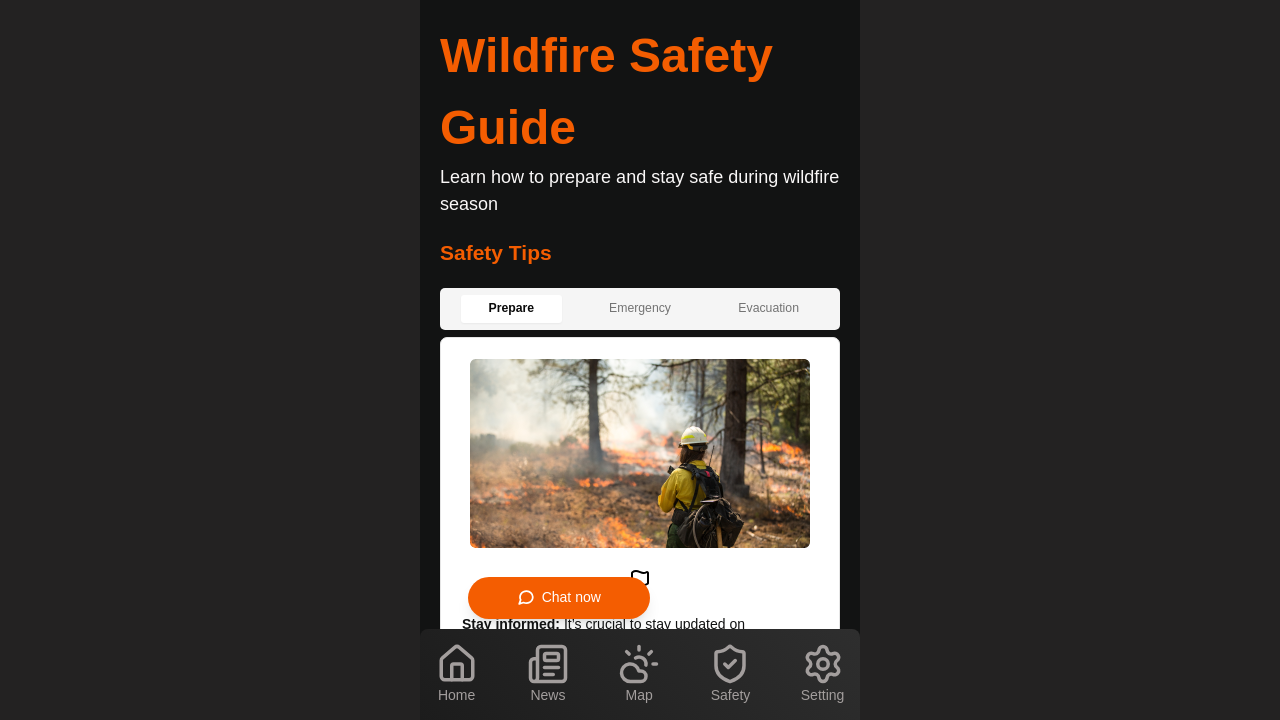
Repository: BCITKevin/Flare_IDSP
Page: /safety
The author's editor kept a copy of each file at every save. The page is drawn from the files as they stood at one save, then again after the next save.
The browser window is 1280 px wide. The pictures show the whole page.
An inner scrolling area shows only its first screen. Some web fonts or font styles are not loaded; a fallback is used. The project was rebuilt for these pictures with package versions that can differ from the ones it lists, and the page was loaded fresh each time. The framework's server and built-in components were replaced by stand-ins that run in the browser. Also part of the build but not shown: next.config.js, next.config.mjs.

Above is the page before, as saved 2024-11-30 07:11:04.

### src/app/layout.tsx
import type { Metadata } from "next";
import Script from 'next/script';
import "./globals.css";
import { BrowserRouter } from "react-router-dom";

export const metadata: Metadata = {
  title: "Flare",
  description: "Flare is disaster response platform.",
  manifest: "/manifest.json",
};

export default function RootLayout({
  children,
}: Readonly<{
  children: React.ReactNode;
}>) {
  return (
    <html lang="en">
        <head>
          <link rel="manifest" href="/manifest.json" />
          <link rel="icon" href="/favicon.ico" />
          <link rel="apple-touch-icon" href="/images/logo-192x192.png" />
          <link
            rel="stylesheet"
            href="https://cdnjs.cloudflare.com/ajax/libs/leaflet/1.9.4/leaflet.min.css"
            crossOrigin=""
          />
        </head>
        <body
          className={`antialiased`}
        >
          {children}
          <Script
            src="https://cdnjs.cloudflare.com/ajax/libs/leaflet/1.9.4/leaflet.min.js"
            strategy="beforeInteractive"
            crossOrigin=""
          />
        </body>
    </html>
  );
}

### src/app/safety/page.tsx
'use client';

import { Tabs, TabsContent, TabsList, TabsTrigger } from "@/components/ui/tabs";
import {
    Card,
    CardContent,
    // CardDescription,
    // CardFooter,
    CardHeader,
    // CardTitle,
} from "@/components/ui/card"
import styles from "./safety.module.css"
import { Backpack, Map, Flag } from "lucide-react";
import prepareHero from "../public/images/prepareHero.png"
import evacHero from "../public/images/EvacHero.png"
import emergencyHero from "../public/images/EmergencyHero.png"
import BottomNavBar from "@/components/BottomNavBar/BottomNavBar";
import React from "react";

import { useState } from "react";
import Image from "next/image";

type Message = {
    text: string;
    sender: string;
};

// Card can be reformatted into a reusable component

export default function Safety() {
    const [showChat, setShowChat] = useState(false);
    const [activeTab, setActiveTab] = useState('Prepare');
    const [prevMsg, setMsg] = useState<Message[]>([
        { text: "Hello! Is there anything about wildfires I could help you with today?", sender: 'bot' },
    ]);


    async function handleSubmit(e: React.FormEvent<HTMLFormElement>) {
        e.preventDefault()

        try {
            const message = (document.querySelector('#message') as HTMLInputElement)?.value;
            (document.querySelector('#message') as HTMLInputElement).value = '';

            console.log(message);
            setMsg((prevMsg) => [...prevMsg, { text: message, sender: 'user' }]);

            const res = await fetch('/api/safety', {
                method: 'POST',
                headers: {
                    'Content-Type': 'application/json',
                },
                body: JSON.stringify({ message }),
            });

            if (!res.ok) {
                console.error();
                throw new Error('OOPS, SOMETHIN WRONG WITH BOT');
            }
            const data = await res.json();

            const botResponse = data.chat.content || "Sorry, I can't process your request. Please try again";

            setMsg((prevMsg) => [...prevMsg, { text: botResponse, sender: 'bot' }]);

            console.log('from gpt: ', botResponse);
        }
        catch (err) {
            console.error(err);
        }
    }

    const prepareText = `
    <strong>Stay informed:</strong> It’s crucial to stay updated on emergency alerts and evacuation orders issued by local authorities. Regularly check with Flare and turn on notifications and stay updated with the news. These alerts provide critical information about wildfire locations, safe zones, and road closures.
    <br><br>
    <strong>Assemble an emergency kit:</strong> Include:
    <ul>
        <li>- First aid supplies, such as bandages, antiseptics, and pain relievers.</li>
        <li>- Enough non-perishable food and water to sustain your household for at least 3 days.</li>
        <li>- Flashlights with spare batteries, a multi-tool, a whistle for signaling, and a fire extinguisher.</li>
        <li>- Personal hygiene items, blankets, and clothing suitable for various weather conditions.</li>
    </ul>
    <br>
    <strong>Follow evacuation routes:</strong> Use the safest, predefined routes recommended by local authorities. Avoid unfamiliar roads that could be blocked or unsafe. Always have a physical map in case of GPS or mobile network failure.
    <br><br>
    <strong>Leave as early as possible:</strong> Don’t wait until the last moment to evacuate. Early action reduces risks and allows emergency responders to focus on critical areas. Traffic congestion and panic during last-minute evacuations can pose additional dangers.
    <br><br>
    <strong>Assist neighbors if possible:</strong> Check on those in your community who may need help, especially the elderly, people with disabilities, or families without transportation. Offer support by carpooling or sharing resources.
    <br><br>
    <strong>Keep your vehicle ready:</strong> Ensure your vehicle is in good condition with a full gas tank. Keep the keys easily accessible, park the car facing outward for a quick exit, and load essential items in advance to save time during an emergency.
    <br><br>
    <strong>Practice your evacuation plan:</strong> Conduct regular drills with your household to ensure everyone knows their roles and responsibilities. Familiarity with the process can reduce stress and confusion during an actual emergency.
    <br><br>
    <strong>Create a defensible space around your home:</strong> Clear dry leaves, branches, and other flammable materials at least 30 feet from your home. Trim tree branches to a height of at least 6 feet to prevent fire from climbing. Regularly maintain gutters and roofs by removing debris. Store firewood and other combustible items far from structures.
    <br><br>
    `;


    const emergencyText = `
    <strong>If you are in danger, contact emergency services immediately:</strong> Dial the emergency hotline 911 if your safety is compromised. Or  call 1 800 663-5555 toll-free or <strong>*5555</strong> on a cellphone to report a wildfire. Clearly state your location and the nature of the emergency to ensure responders can locate you quickly. Avoid using the line for non-critical updates to keep it free for those in immediate need.
    <br><br>
    <strong>Stay inside if safe:</strong> If evacuation is not possible, shelter in place in a safe room. Select an area with minimal windows and external doors, preferably one located at the center of your home or on the opposite side of the fire’s path. Keep the space stocked with basic necessities, including water, flashlights, and communication devices.
    <br><br>
    <strong>Block air entry:</strong> Use duct tape, wet towels, or other materials to seal gaps around doors and windows to prevent smoke infiltration. Shut off HVAC systems and close vents to further limit the entry of hazardous air.
    <br><br>
    <strong>Listen to official information:</strong> Stay tuned to updates from local authorities via radio, mobile apps, or reliable online sources. Avoid spreading or acting on unverified information that may cause unnecessary panic.
    <br><br>
    <strong>Use face coverings:</strong> If you need to go outside or smoke enters your shelter, use wet towels, bandanas, or certified N95 masks to filter harmful particles. This is especially important for individuals with respiratory issues, the elderly, and young children.
    <br><br>
    <strong>Stay hydrated:</strong> Drink plenty of water to combat dehydration caused by heat and smoke inhalation. Avoid alcohol or caffeinated drinks, which can exacerbate dehydration. If possible, keep oral rehydration salts or electrolyte drinks on hand.
    <br><br>
    <strong>Be prepared for power outages:</strong> Wildfires may disrupt electricity. Keep flashlights, extra batteries, and a manual crank radio available. Charge your devices in advance and consider using portable power banks.
    <br><br>
    <strong>Plan for communication:</strong> If mobile networks are down, use walkie-talkies or pre-established signals with neighbors and family to communicate effectively.
    <br><br>
    <strong>Protect pets and livestock:</strong> Keep your pets in a secure area with food and water. If possible, move livestock to open areas far from fire hazards.
    <br><br>
    <strong>Monitor air quality:</strong> Use air purifiers indoors if available and check air quality levels through official channels to minimize smoke-related health risks.
    `;


    const evacuationText = `
    <strong>Develop a family emergency plan:</strong> Create a detailed emergency plan that includes designated meeting spots, multiple communication strategies, and escape routes for different scenarios. Assign responsibilities to each family member and rehearse the plan frequently to ensure everyone is prepared.
    <br><br>
    <strong>Prepare to leave immediately:</strong>
    - Ensure you have gathered all essential items ahead of time to avoid delays. These include:
    <br><br>
    <ul>
        <li>- <strong>Medications</strong>, including prescription drugs and a basic first aid kit for minor injuries.</li>
        <li>- <strong>Important documents</strong>, such as government-issued IDs, insurance papers, property deeds, and emergency contact information.</li>
        <li>- Your <strong>emergency kit</strong> as outlined in the prepare section</li>
        <li>- Personal items like clothing, toiletries, and any essential supplies for infants, pets, or elderly family members.</li>
    </ul>
    <br>
    <strong>Keep important documents ready:</strong> Store essential documents like birth certificates, passports, medical records, and insurance policies in a waterproof, fireproof safe. Back up digital copies to cloud storage or an external hard drive.
    <br><br>
    <strong>Know your local risk level:</strong> Familiarize yourself with wildfire risks in your area by consulting local government websites and fire risk maps. Participate in community evacuation drills to understand the best practices and routes in case of an emergency.
    <br><br>
    <strong>Sign up for emergency alerts:</strong> Subscribe to wildfire and weather warning systems offered by local authorities.
    <br><br>
    <strong>Invest in fire-resistant building materials:</strong> Upgrade your home with fire-resistant roofing, siding, and windows. Install ember-resistant vents to prevent sparks from entering your home.
    <br><br>
    <strong>Prepare your vehicle:</strong> Keep your car in good working condition, with a full gas tank and an emergency kit inside. Include maps, a spare tire, tools, and extra supplies to ensure mobility during an evacuation.
    <br><br>
    <strong>Coordinate with your neighbors:</strong> Work together with your community to create a wildfire response plan. Share resources, such as tools and safety tips, to enhance collective preparedness.
    <br><br>
    <strong>Learn fire suppression techniques:</strong> Take basic training on how to use a fire extinguisher and other suppression tools effectively. Know when to evacuate instead of attempting to combat the fire yourself.
    <br><br>
    <strong>Advocate for local safety measures:</strong> Encourage local governments to implement wildfire prevention strategies, such as controlled burns, community fuel breaks, and infrastructure upgrades.
    `;




    return (
        <body className="min-h-screen overflow-y-auto">
            <div className="safetyLayout h-full overflow-y-auto mb-44">
                <div className={styles.safetyHeading}>
                    <h1>
                        Wildfire Safety Guide
                    </h1>
                    <h5 className={styles.whiteText}>
                        Learn how to prepare and stay safe during wildfire season
                    </h5>
                </div>
                {/* <Card className="p-5 mt-3 transition-all duration-300 hover:shadow-lg border-l-4 border-l-orange-500">
                    <CardHeader className="p-0 mb-3">
                        <div className="flex items-center gap-2">
                            <strong className={`${styles.articleBody} text-lg`}>
                                Based on your Location and Recent Weather
                            </strong>
                        </div>
                    </CardHeader>
                    <CardContent className="p-0">
                        <div className="flex flex-col gap-2">
                            <p className={`${styles.articleBody} leading-relaxed`}>
                                Consider bringing:
                            </p>
                            <ul className="list-disc ml-5 space-y-1">
                                <li className={styles.articleBody}>Extra water (1 gallon per person)</li>
                                <li className={styles.articleBody}>Cooling towels</li>
                                <li className={styles.articleBody}>Sun protection (hat, sunscreen)</li>
                            </ul>
                        </div>
                    </CardContent>
                </Card> */}
                <div className={`${styles.safetyHeading} mb-6 mt-6`}>
                    <h3 className="text-2xl font-bold">
                        Safety Tips
                    </h3>
                </div>
                <div className="mt-2">
                <Tabs defaultValue="Prepare" className="w-full flex flex-col" onValueChange={setActiveTab}>
                        <TabsList className="space-x-8 p-6">
                            <TabsTrigger value="Prepare" className={`w-full ${activeTab === 'Prepare' ? styles.activeTab : ''}`}>Prepare</TabsTrigger>
                            <TabsTrigger value="Emergency" className={`w-full ${activeTab === 'Emergency' ? styles.activeTab : ''}`}>Emergency</TabsTrigger>
                            <TabsTrigger value="Evacuation" className={`w-full ${activeTab === 'Evacuation' ? styles.activeTab : ''}`}>Evacuation</TabsTrigger>
                        </TabsList>
                        <TabsContent value="Prepare">
                            <Card className={`${styles.card} p-6 flex flex-col items-center mb-24`}>
                                <Image src={prepareHero} width={340} height={189} alt="a rescue worker looking towards a wildfire" />
                                <Flag color="black" className="m-6" />
                                <p dangerouslySetInnerHTML={{ __html: prepareText }} className={styles.articleBody} />
                            </Card>
                        </TabsContent>
                        <TabsContent value="Emergency">
                            <Card className={`${styles.card} p-6 flex flex-col items-center mb-24`}>
                                <Image src={emergencyHero} width={340} height={189} alt="a rescue worker looking towards a wildfire" />
                                <Backpack color="black" className="m-6" />
                                <p dangerouslySetInnerHTML={{ __html: emergencyText }} className={styles.articleBody} />
                            </Card>
                        </TabsContent>
                        <TabsContent value="Evacuation">
                            <Card className={`${styles.card} p-6 flex flex-col items-center mb-24`}>
                                <Image src={evacHero} width={340} height={189} alt="a rescue worker looking towards a wildfire" />
                                <Map color="black" className="m-6" />
                                <p dangerouslySetInnerHTML={{ __html: evacuationText }} className={styles.articleBody} />
                            </Card>
                        </TabsContent>
                    </Tabs>
                </div>
                {showChat ? (
                    <>
                        <div className="justify-center items-center flex overflow-x-hidden overflow-y-auto fixed inset-0 z-50 outline-none focus:outline-none">
                            <div className="relative w-full h-full mx-auto max-w-3xl px-4 pt-6 pb-24">
                                <div className="border-0 rounded-lg shadow-lg relative flex flex-col w-full h-full bg-white outline-none focus:outline-none">
                                    {/* Header */}
                                    <div className="flex items-center justify-between p-4 border-b border-solid border-gray-200">
                                        <h3 className="text-lg font-semibold text-gray-900">Flare Assistant</h3>
                                        <button
                                            className="p-1 ml-auto border-0 text-black float-right text-3xl leading-none font-semibold"
                                            onClick={() => setShowChat(false)}
                                        >
                                            ×
                                        </button>
                                    </div>

                                    {/* Chat Messages */}
                                    <div className="relative p-4 flex-auto overflow-y-auto">
                                        {prevMsg.map((msg, i) => (
                                            <div key={i} className={`flex ${msg.sender === 'user' ? 'justify-end' : 'justify-start'} mb-4`}>
                                                <div className={`rounded-lg px-4 py-2 max-w-[80%] ${
                                                    msg.sender === 'user'
                                                    ? 'bg-[var(--orange)] text-white'
                                                    : 'bg-gray-100 text-gray-800'
                                                }`}>
                                                    {msg.text}
                                                </div>
                                            </div>
                                        ))}
                                    </div>

                                    {/* Input Form */}
                                    <div className="border-t border-solid border-gray-200 p-4">
                                        <form onSubmit={handleSubmit} className="flex gap-2">
                                            <input
                                                type="text"
                                                id="message"
                                                placeholder="Type your message..."
                                                className="flex-grow px-4 py-2 border border-gray-300 rounded-full focus:outline-none focus:border-[var(--orange)]"
                                            />
                                            <button
                                                type="submit"
                                                className="bg-[var(--orange)] text-white rounded-full px-6 py-2"
                                            >
                                                Send
                                            </button>
                                        </form>
                                    </div>
                                </div>
                            </div>
                        </div>
                        <div className="opacity-25 fixed inset-0 z-40 bg-black"></div>
                    </>
                ) : null}
                <div className="flex flex-col fixed bottom-24 rounded-md px-6 py-3 m-2 items-center gap-4 transition-all duration-300">
                    {/* <div>
                        <span className="flex justify-center text-white ">Flare Assistant</span>
                        <p className="text-white text-base">Ask us about how you can stay safe</p>
                    </div> */}
                    <button
                        className="flex justify-center bg-[var(--orange)] text-white rounded-full shadow-lg transition-all duration-300 flex items-center gap-2 px-4 py-2 w-3/4 hover:border-2 hover:border-white box-border w-52 h-12"
                        onClick={() => setShowChat(true)}
                    >
                        <img src="/icons/message-circle.svg" alt="chatbot icon" className="w-5 h-5 filter invert brightness-0" />
                        <span>Chat now</span>
                    </button>
                </div>
            </div>
            <BottomNavBar />
        </body>
    )
}

### src/components/ui/card.tsx
import * as React from "react"

import { cn } from "@/lib/utils"

const Card = React.forwardRef<
  HTMLDivElement,
  React.HTMLAttributes<HTMLDivElement>
>(({ className, ...props }, ref) => (
  <div
    ref={ref}
    className={cn(
      "rounded-lg border border-neutral-200 bg-white text-neutral-950 shadow-sm dark:border-neutral-800 dark:bg-neutral-950 dark:text-neutral-50",
      className
    )}
    {...props}
  />
))
Card.displayName = "Card"

const CardHeader = React.forwardRef<
  HTMLDivElement,
  React.HTMLAttributes<HTMLDivElement>
>(({ className, ...props }, ref) => (
  <div
    ref={ref}
    className={cn("flex flex-col space-y-1.5", className)}
    {...props}
  />
))
CardHeader.displayName = "CardHeader"

const CardTitle = React.forwardRef<
  HTMLParagraphElement,
  React.HTMLAttributes<HTMLHeadingElement>
>(({ className, ...props }, ref) => (
  <h3
    ref={ref}
    className={cn(
      "text-2xl font-semibold leading-none tracking-tight",
      className
    )}
    {...props}
  />
))
CardTitle.displayName = "CardTitle"

const CardDescription = React.forwardRef<
  HTMLParagraphElement,
  React.HTMLAttributes<HTMLParagraphElement>
>(({ className, ...props }, ref) => (
  <p
    ref={ref}
    className={cn("text-sm text-neutral-500 dark:text-neutral-400", className)}
    {...props}
  />
))
CardDescription.displayName = "CardDescription"

const CardContent = React.forwardRef<
  HTMLDivElement,
  React.HTMLAttributes<HTMLDivElement>
>(({ className, ...props }, ref) => (
  <div ref={ref} className={cn("pt-6", className)} {...props} />
))
CardContent.displayName = "CardContent"

const CardFooter = React.forwardRef<
  HTMLDivElement,
  React.HTMLAttributes<HTMLDivElement>
>(({ className, ...props }, ref) => (
  <div
    ref={ref}
    className={cn("flex items-center pt-6", className)}
    {...props}
  />
))
CardFooter.displayName = "CardFooter"

export { Card, CardHeader, CardFooter, CardTitle, CardDescription, CardContent }

### src/app/safety/safety.module.css

.safetyHeading {
    color: var(--orange);
}

.articleBody {
    color: var(--black);
}

.articleBody *{
    color: var(--black);
}

.whiteText {
    color: var(--white);
}

.activeTab {
    box-shadow: 0 4px 6px rgba(0,0,0, 0.3);
    font-weight: bold;
    transition: ease-in-out 0.2s;
}

@media only screen and (max-width: 600px) {
    .appLayout {
      overflow-y: scroll;
      padding-bottom: 8rem;
  }
}

### src/components/BottomNavBar/BottomNavBar.module.css
.navContainer {
  position: fixed;
  bottom: 0;
  width: 440px;

  display: flex;
  align-items: flex-end;
  gap: 18px;
  justify-content: space-around;

  color: var(--l-grey);
  border-radius: 8px 8px 0 0;
  background: linear-gradient(45deg, #1c1c1c 0.25%, #2e2e2e 99.75%);
}

.navIcon {
  display: flex;
  flex-direction: column;
  align-items: center;
  transition: color 0.3s, transform 0.3s, background-color 0.3s;
  padding: 1rem 12px;
  border-radius: 8px;
}

.navIcon:hover {
  color: #000000;
  transform: translateY(-2px);

  background-color: var(--white);
}

.active {
  color: grey; /* 활성화 시 색상 */
  transform: scale(1.1);
  background-color: #2b2b2b;
}

Loaded but not shown: src/lib/utils.ts (common file); src/app/globals.css (310 lines, source omitted); src/components/BottomNavBar/BottomNavBar.jsx (106 lines, source omitted); tailwind.config.ts (96 lines, source omitted); src/components/ui/tabs.tsx (55 lines, source omitted)

After the next save:
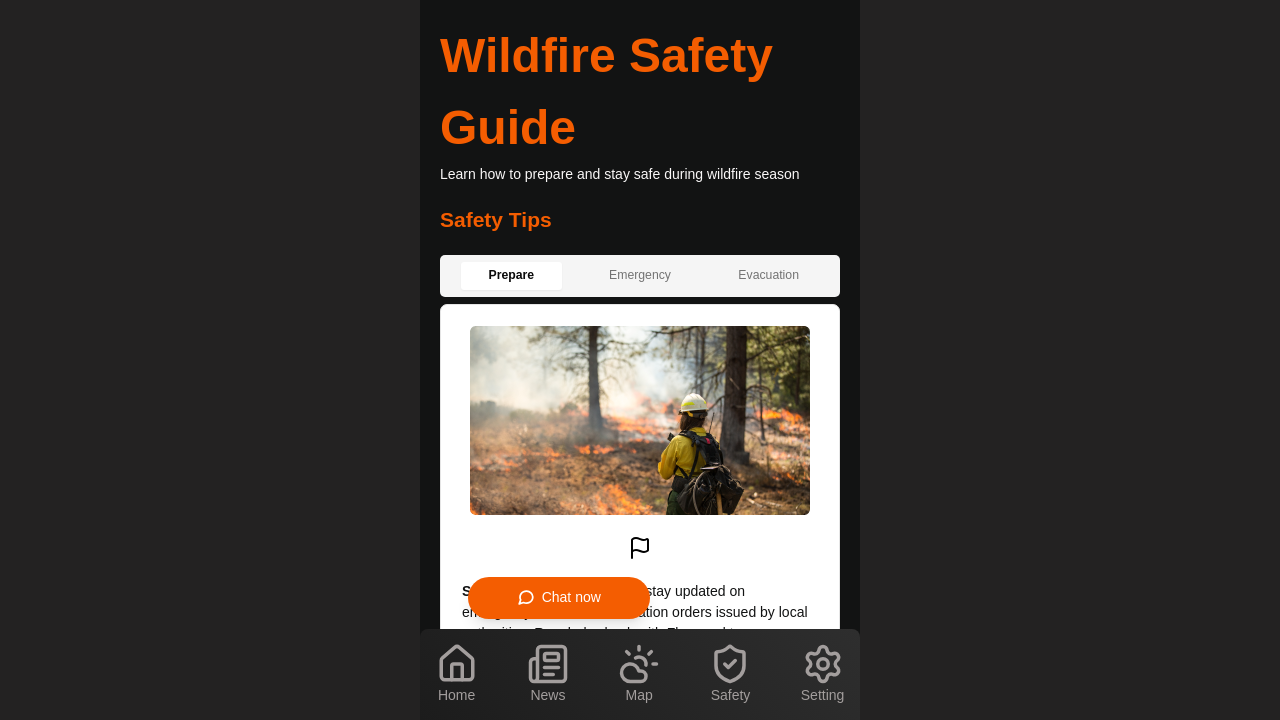
Saved 2 min 22 s later.
--- a/src/app/safety/page.tsx
+++ b/src/app/safety/page.tsx
@@ -159,9 +159,9 @@ export default function Safety() {
                     <h1>
                         Wildfire Safety Guide
                     </h1>
-                    <h5 className={styles.whiteText}>
+                    <p className={styles.whiteText}>
                         Learn how to prepare and stay safe during wildfire season
-                    </h5>
+                    </p>
                 </div>
                 {/* <Card className="p-5 mt-3 transition-all duration-300 hover:shadow-lg border-l-4 border-l-orange-500">
                     <CardHeader className="p-0 mb-3">
